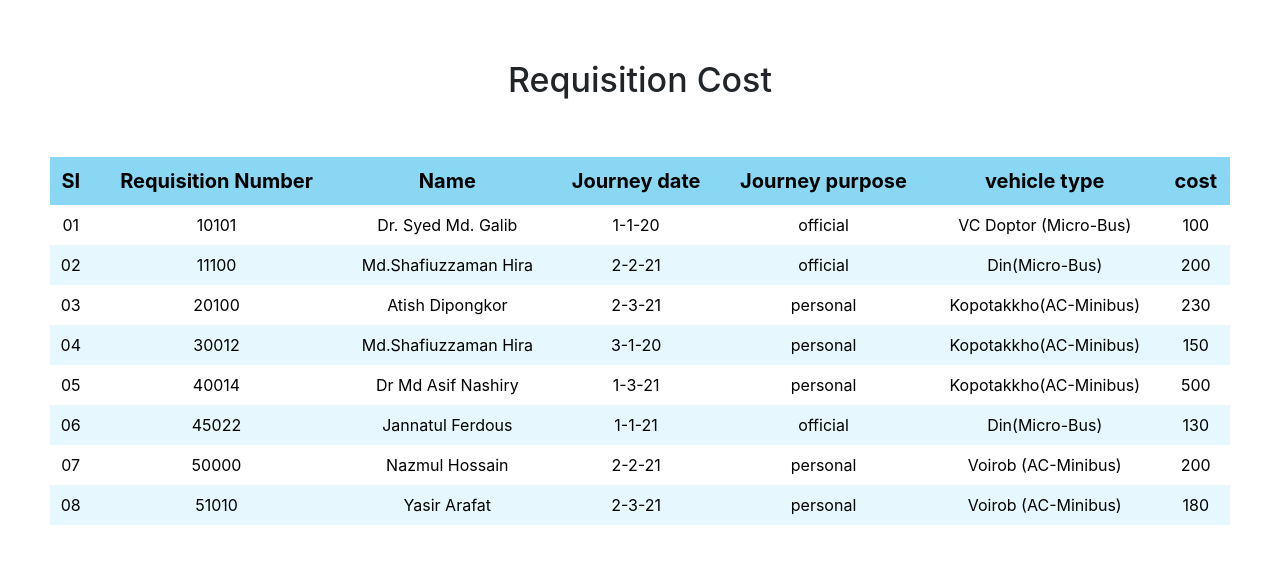
Repository: SMJNayeem/just-vms_project
Page: Front-End/html/Admin_cost.html
An editor plug-in stored every save of this project. The page is shown before and after the next save, followed by the edit.
The browser window is 1280 px wide. The pictures show the whole page.

Above is the page before, as saved 2021-03-26 12:01:17.

### Front-End/html/Admin_cost.html
<!DOCTYPE html>
<html>

<head>
	<title> Admin cost </title>
</head>
<meta charset="UTF-8">
<meta http-equiv="X-UA-Compatible" content="IE=edge">
<meta name="viewport" content="width=device-width, initial-scale=1.0">
<title>My Cost</title>
<link rel="stylesheet" href="https://cdn.jsdelivr.net/npm/bootstrap@4.6.0/dist/css/bootstrap.min.css"
	integrity="sha384-B0vP5xmATw1+K9KRQjQERJvTumQW0nPEzvF6L/Z6nronJ3oUOFUFpCjEUQouq2+l" crossorigin="anonymous">
<link rel="preconnect" href="https://fonts.gstatic.com">
<link href="https://fonts.googleapis.com/css2?family=Roboto:wght@300;400;500;700&display=swap" rel="stylesheet">
<link rel="stylesheet" href="../CSS/Admin_cost.css">
<link rel="stylesheet" href="../CSS/navbar.css">

<body>
	<div class="mainTable">
		<h1> Requisition Cost </h1>
		<br><br>

		<table border="1" cellspacing="5">
			<thead>
				<th> SI </th>
				<th> Requisition Number </th>
				<th> Name </th>
				<th> Journey date </th>
				<th> Journey purpose </th>
				<th> vehicle type </>
				<th> cost </th>
			</thead>
			<tr>
				<td> 01 </td>
				<td> 10101 </td>
				<td> Dr. Syed Md. Galib </td>
				<td> 1-1-20 </td>
				<td> official </td>
				<td> VC Doptor (Micro-Bus) </td>
				<td> 100 </>
			</tr>
			<tr>
				<td> 02 </>
				<td> 11100 </td>
				<td> Md.Shafiuzzaman Hira </td>
				<td> 2-2-21 </td>
				<td> official </td>
				<td> Din(Micro-Bus) </td>
				<td> 200 </td>
			</tr>
			<tr>
				<td> 03 </td>
				<td> 20100 </td>
				<td> Atish Dipongkor </td>
				<td> 2-3-21 </td>
				<td> personal </td>
				<td> Kopotakkho(AC-Minibus) </td>
				<td> 230 </td>
			</tr>
			<tr>
				<td> 04 </td>
				<td> 30012 </td>
				<td> Md.Shafiuzzaman Hira </td>
				<td> 3-1-20 </td>
				<td> personal </td>
				<td> Kopotakkho(AC-Minibus) </td>
				<td> 150 </td>

			</tr>
			<tr>
				<td> 05 </td>
				<td> 40014 </td>
				<td> Dr Md Asif Nashiry </td>
				<td> 1-3-21 </td>
				<td> personal </td>
				<td> Kopotakkho(AC-Minibus) </td>
				<td> 500 </td>

			</tr>
			<tr>
				<td> 06 </td>
				<td> 45022 </td>
				<td> Jannatul Ferdous </td>
				<td> 1-1-21 </td>
				<td> official </td>
				<td> Din(Micro-Bus) </td>
				<td> 130 </td>

			</tr>
			<tr>
				<td> 07 </td>
				<td> 50000 </td>
				<td> Nazmul Hossain </td>
				<td> 2-2-21 </td>
				<td> personal </td>
				<td> Voirob (AC-Minibus) </td>
				<td> 200 </td>
			</tr>
			<tr>
				<td> 08 </td>
				<td> 51010 </td>
				<td> Yasir Arafat </td>
				<td> 2-3-21 </td>
				<td> personal </td>
				<td> Voirob (AC-Minibus) </td>
				<td> 180 </td>
			</tr>
		</table>
	</div>
</body>

</html>

### Front-End/css/Admin_cost.css
* {
    padding: 0;
    margin: 0;
}

ul,
ol {
    list-style: none;

}

a,
a:hover {
    text-decoration: none;
}

img {
    vertical-align: middle;
}

/* common css end */



table{
	border: none;
	width: 100%;
	border-collapse:collapse;
	margin: auto;
}
table thead th{
	border: none;
	color: black;
	padding: 9px;
	font-size: 20px;
	text-align: center;
}
table tr td{
	background-color:white-space;
	color: black;
	padding: 8px;
	font-size: 16px;
	border: none;
	text-align: center;
}
table tr:nth-child(even){
	background-color: #e6f7fd;
}
table tr:hover{
	background: #8ad7f4;
	transition: 0.5s;
}
table tr:hover td{
	color: white;
}
h1{
	text-align: center;
	font-size: 34px;
}
table tr td:nth-child(2){
	width: 250px;
	text-align: center;

}
.mainTable {
    margin: 60px 50px 50px 50px;
}
thead {
    background: #8ad7f4;
}

### Front-End/css/navbar.css
* {
    padding: 0;
    margin: 0;
}

ul,
ol {
    list-style: none;

}

a,
a:hover {
    text-decoration: none;
}

img {
    vertical-align: middle;
}

/* common css end */







/* Navbar */
.header{
    width: 100%;


}
.navbar{
    top: 0;
    left: 0;
    width: 100%;
    padding: 4px 2%;
    background-color: #fff;
    transition: all linear 0.3s;
    z-index: 999;
    box-shadow: 0px 5px 4px rgba(128, 128, 128, 0.387);
}
.logo{
    width: 70px;
    height: 70px;
}
.header .navbar a{
    display: flex;
}
.textlogo{
    height: 70px;
    width: 70px;
    margin-left: 20px;
}
.textlogofirst{
    font-family: 'Roboto', sans-serif;
    font-size: 25px;
    font-weight: 700;
}
.textlogosecond{
    font-family: 'Roboto', sans-serif;
    font-size: 18px;
    font-weight: 300;
}
.navicon{
    height: 35px;
    width: 135px;
    text-align: left;
    line-height: 30px;
    padding-left: 15px;
    padding-top: 3px;
    border-radius: 20px 10px 10px 20px;
    background-image: linear-gradient(to right,rgb(48, 185, 235),rgba(255, 255, 255,0.09));
    color: #000;
    font-family: 'Roboto', sans-serif;
    font-size: 15px;
    font-weight: 400;
}


/* navbar ENDS*/

After the next save:
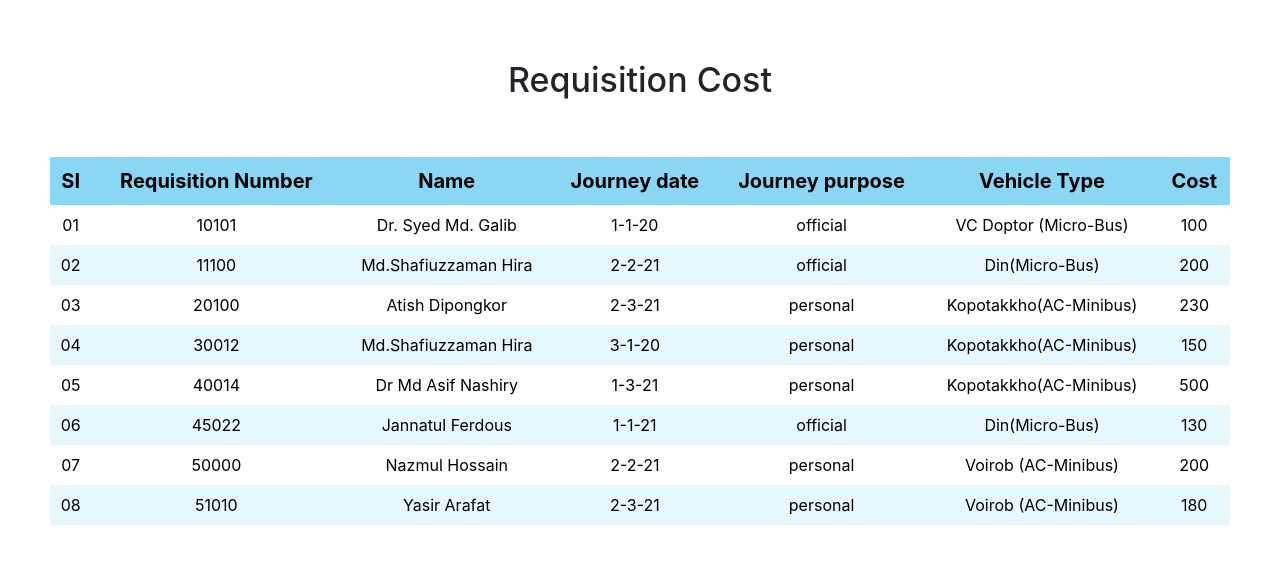
Saved 67 s later.
--- a/Front-End/html/Admin_cost.html
+++ b/Front-End/html/Admin_cost.html
@@ -27,8 +27,8 @@
 				<th> Name </th>
 				<th> Journey date </th>
 				<th> Journey purpose </th>
-				<th> vehicle type </>
-				<th> cost </th>
+				<th> Vehicle Type </>
+				<th> Cost </th>
 			</thead>
 			<tr>
 				<td> 01 </td>
